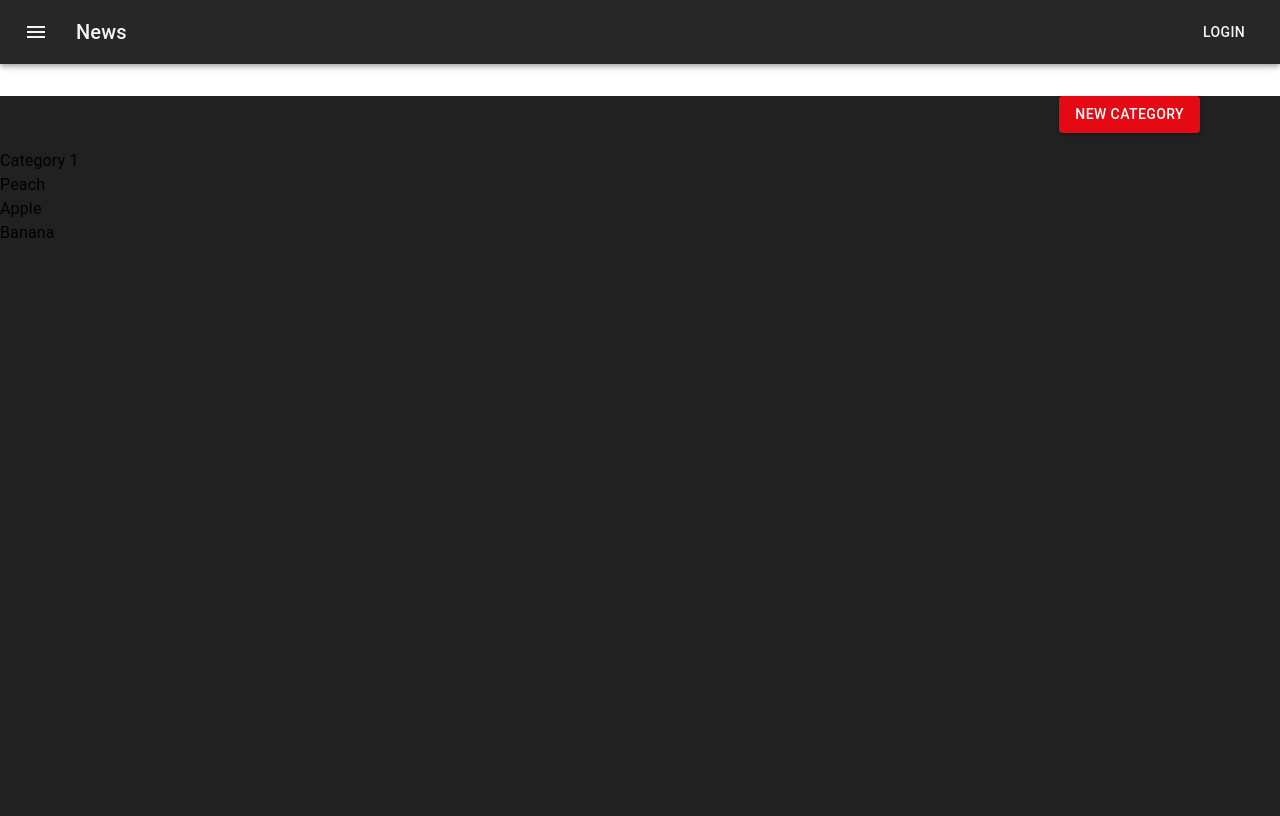
Repository: brunogyn88/codeflix-frontend
Page: /
An editor plug-in stored every save of this project. The page is shown before and after the next save, followed by the edit.
The browser window is 1280 px wide. The pictures show the whole page.
The project was rebuilt for these pictures with package versions that can differ from the ones it lists, and the page was loaded fresh each time. The framework's server and built-in components were replaced by stand-ins that run in the browser. Also part of the build but not shown: next.config.mjs.

Above is the page before, as saved 2023-08-30 21:59:41.

After the next save:
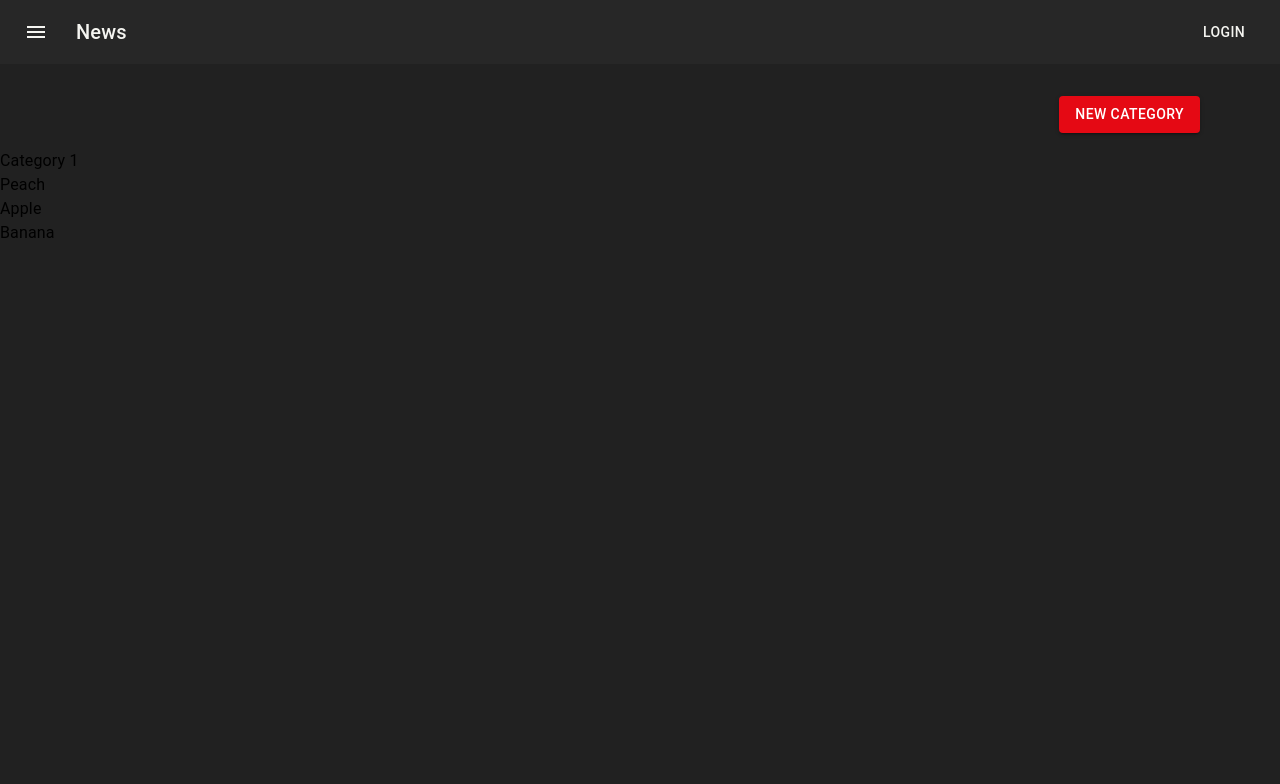
Saved 2 min 21 s later.
--- a/app/categories/page.tsx
+++ b/app/categories/page.tsx
@@ -7,7 +7,7 @@ export default function CategoryList() {
   const categories = useSelector(selectCategories);
 
   return (
-    <Box maxWidth="lg" sx={{ mt: 4, mb: 4 }}>
+    <Box maxWidth="lg" sx={{ pt: 4, mb: 4 }}>
       <Box display="flex" justifyContent="flex-end">
         <Button
           variant="contained"
